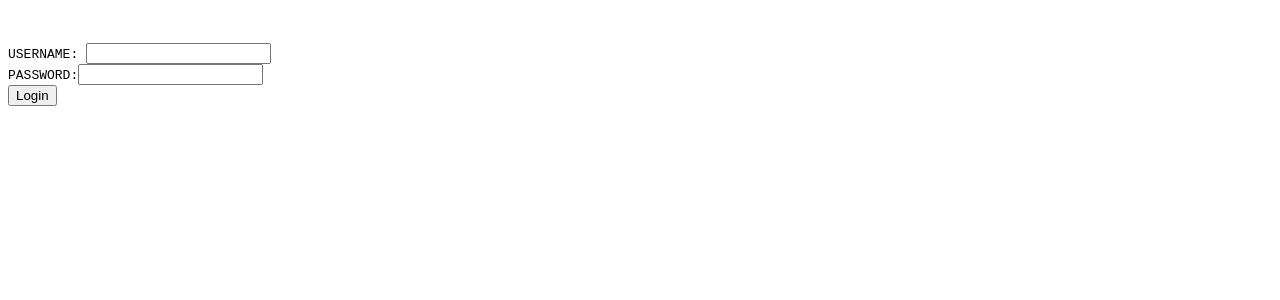
Repository: somakbha/CodeBackUP
Page: http://localhost/SendRedirect/
These files come from the project's save history. The page is drawn as it stood at one moment and after the next save; the edit follows.
The browser window is 1280 px wide. The pictures show the whole page.
The page is served by Tomcat 9.

Above is the page before, as saved 2019-06-05 03:58:03.

After the next save:
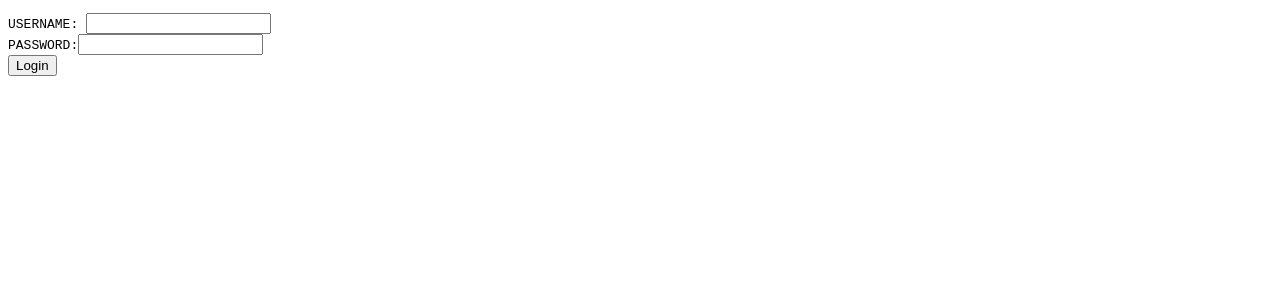
Saved 104 s later.
--- a/J2EE-Practice/SendRedirect/WebContent/index.jsp
+++ b/J2EE-Practice/SendRedirect/WebContent/index.jsp
@@ -7,9 +7,9 @@
 <title>Insert title here</title>
 </head>
 <body>
+
+<form action="./login.jsp">
 <pre>
-<form action="./login.jsp">
-
 USERNAME: <input type="text" name="uname"/>
 PASSWORD:<input type="text" name="pwd"/>
 <input type="submit" value="Login"/>
